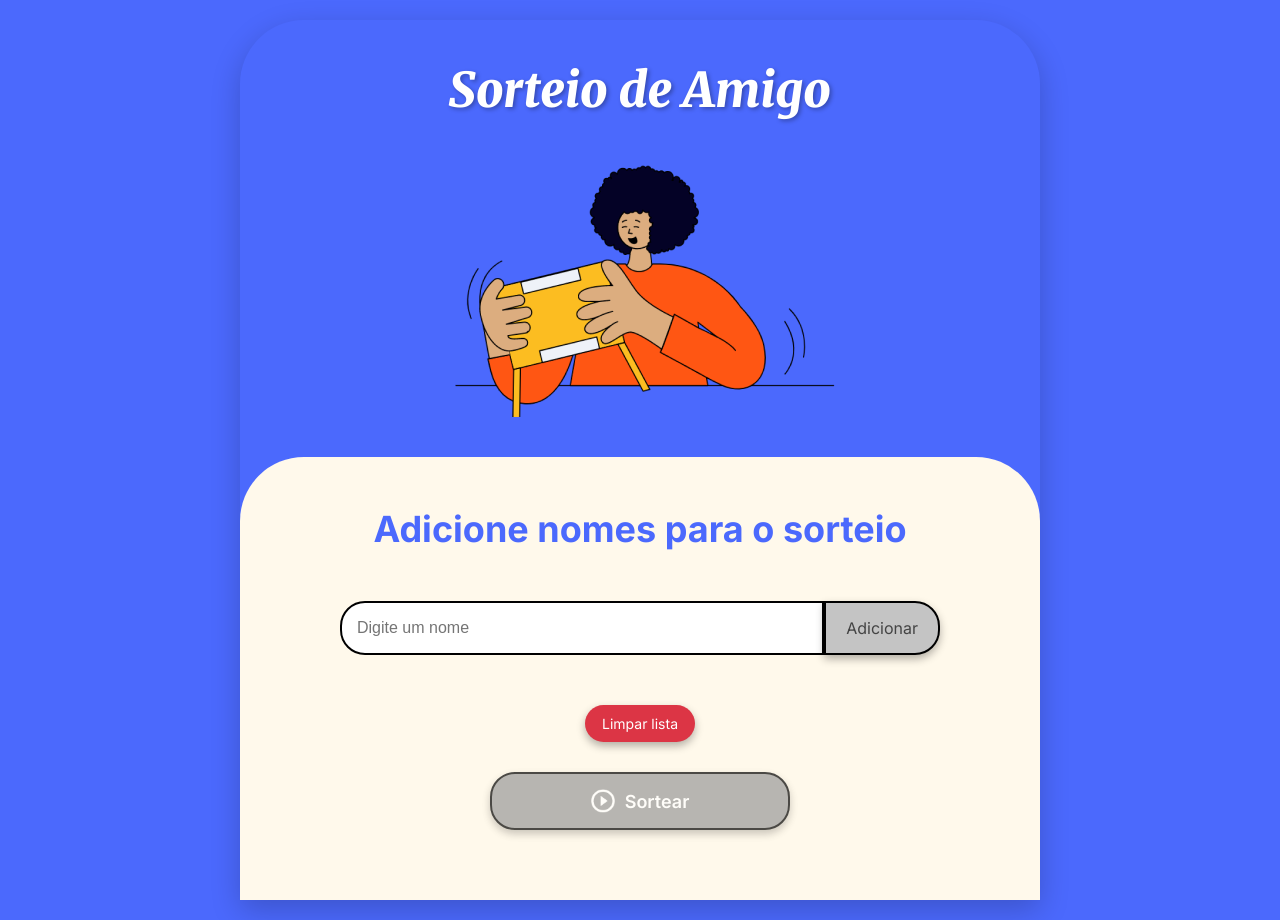
Repository: arturcosta86/challenge-amigo-secreto
Page: index.html
These files come from the project's save history. The page is drawn as it stood at one moment and after the next save; the edit follows.
The browser window is 1280 px wide. The pictures show the whole page.

Above is the page before, as saved 2025-03-18 22:23:36.

### index.html
<!DOCTYPE html>
<html lang="pt-br">
<head>
    <meta charset="UTF-8">
    <meta name="viewport" content="width=device-width, initial-scale=1.0">
    <link rel="stylesheet" href="style.css">
    <link rel="preconnect" href="https://fonts.googleapis.com">
    <link rel="preconnect" href="https://fonts.gstatic.com" crossorigin>
    <link href="https://fonts.googleapis.com/css2?family=Inter:wght@100;400;500;600;700;900&family=Merriweather:ital,wght@0,300;0,400;0,700;0,900;1,300;1,400;1,700;1,900&display=swap" rel="stylesheet">
    <title>Sorteio de Amigo</title>
</head>

<body>
    <main class="main-content">
        <header class="header-banner">
            <h1 class="main-title">Sorteio de Amigo</h1>
            <img src="assets/amigo-secreto.png" alt="Imagem representativa de sorteio">
        </header>

        <section class="input-section">
            <h2 class="section-title">Adicione nomes para o sorteio</h2>
            <div class="input-wrapper">
                <input type="text" id="amigo" class="input-name" placeholder="Digite um nome" aria-label="Nome para sorteio">
                <button class="button-add" onclick="adicionarAmigo()" aria-label="Adicionar nome à lista">Adicionar</button>
            </div>

            <!-- Área de feedback será inserida via JavaScript -->

            <ul id="listaAmigos" class="name-list" aria-label="Lista de nomes adicionados" role="list"></ul>

            <div class="control-buttons">
                <button class="btn-clear-all" onclick="limparTodosAmigos()" aria-label="Limpar toda a lista">
                    Limpar lista
                </button>
            </div>

            <div class="button-container">
                <button class="button-draw" onclick="sortearAmigo()" aria-label="Realizar sorteio">
                    <img src="assets/play_circle_outline.png" alt="">
                    Sortear
                </button>
            </div>

            <ul id="resultado" class="result-list" aria-live="polite" aria-label="Resultado do sorteio"></ul>
        </section>
    </main>

    <script src="app.js" defer></script>
</body>
</html>

### style.css
:root {
    --color-primary: #4B69FD;
    --color-secondary: #FFF9EB;
    --color-tertiary: #C4C4C4;
    --color-button: #fe652b;
    --color-button-hover: #e55720;
    --color-text: #444444;
    --color-white: #FFFFFF;
    --color-success: #28a745;
    --color-error: #dc3545;
    --color-winner: #FFD700;
}

/* Estilos gerais */
* {
    margin: 0;
    padding: 0;
    box-sizing: border-box;
}

body {
    min-height: 100vh;
    background-color: var(--color-primary);
    display: flex;
    justify-content: center;
    align-items: center;
    font-family: "Inter", sans-serif;
}

.main-content {
    display: flex;
    flex-direction: column;
    max-width: 800px;
    width: 100%;
    margin: 20px;
    box-shadow: 0 10px 30px rgba(0, 0, 0, 0.2);
    border-radius: 64px 64px 0 0;
    overflow: hidden;
}

/* Banner */
.header-banner {
    display: flex;
    flex-direction: column;
    justify-content: center;
    align-items: center;
    padding: 40px 0;
    gap: 20px;
}

.header-banner img {
    max-width: 80%;
    height: auto;
}

/* Seção de entrada */
.input-section {
    background-color: var(--color-secondary);
    border-radius: 64px 64px 0 0;
    display: flex;
    flex-direction: column;
    align-items: center;
    padding: 40px 20px;
    width: 100%;
}

/* Títulos */
.main-title {
    font-size: clamp(36px, 6vw, 48px);
    font-family: "Merriweather", serif;
    font-weight: 900;
    font-style: italic;
    color: var(--color-white);
    text-align: center;
    text-shadow: 2px 2px 4px rgba(0, 0, 0, 0.3);
}

.section-title {
    font-family: "Inter", serif;
    font-size: clamp(24px, 5vw, 36px);
    font-weight: 700;
    color: var(--color-primary);
    margin: 10px 0 30px;
    text-align: center;
}

/* Contêineres de entrada e botão */
.input-wrapper {
    display: flex;
    justify-content: center;
    width: 100%;
    max-width: 600px;
    margin-top: 20px;
}

.input-name {
    width: 100%;
    padding: 15px;
    border: 2px solid #000;
    border-radius: 25px 0 0 25px;
    font-size: 16px;
    outline: none;
    transition: box-shadow 0.3s;
}

.input-name:focus {
    box-shadow: 0 0 0 2px rgba(75, 105, 253, 0.5);
}

.button-container {
    width: 300px;
    margin: 30px 0;
    display: flex;
    flex-direction: column;
    gap: 15px;
    align-items: center;
}

/* Feedback de mensagens */
#feedback-message {
    margin: 10px 0;
    padding: 10px;
    border-radius: 5px;
    width: 100%;
    max-width: 600px;
    text-align: center;
    font-weight: 500;
    transition: all 0.3s ease;
}

.error-message {
    background-color: rgba(220, 53, 69, 0.1);
    color: var(--color-error);
    border-left: 4px solid var(--color-error);
}

.success-message {
    background-color: rgba(40, 167, 69, 0.1);
    color: var(--color-success);
    border-left: 4px solid var(--color-success);
}

/* Estilos de entrada de texto */
.input-title {
    flex: 1;
    padding: 10px 15px;
    font-size: 16px;
    border: 2px solid #333;
    border-right: none;
    border-radius: 25px 0 0 25px;
    font-family: "Merriweather", serif;
    box-shadow: 0 4px 8px rgba(0, 0, 0, 0.3);
}

/* Estilos de botão */
button {
    padding: 15px 30px;
    font-family: "Inter", sans-serif;
    font-size: 16px;
    border: 2px solid #000;
    border-radius: 25px;
    box-shadow: 0 4px 8px rgba(0, 0, 0, 0.3);
    cursor: pointer;
    transition: all 0.2s ease;
}

button:focus {
    outline: none;
    box-shadow: 0 0 0 3px rgba(75, 105, 253, 0.5);
}

.button-add {
    background-color: var(--color-tertiary);
    color: var(--color-text);
    border-radius: 0 25px 25px 0;
    padding: 15px 20px;
}

.button-add:hover {
    background-color: #a1a1a1;
}

/* Listas */
ul {
    list-style-type: none;
    color: var(--color-text);
    font-family: "Inter", sans-serif;
    font-size: 18px;
    margin: 20px 0;
    width: 100%;
    max-width: 600px;
}

.name-list li {
    display: flex;
    justify-content: space-between;
    align-items: center;
    padding: 10px 15px;
    margin-bottom: 8px;
    background-color: var(--color-white);
    border-radius: 10px;
    box-shadow: 0 2px 4px rgba(0, 0, 0, 0.1);
    transition: transform 0.2s;
}

.name-list li:hover {
    transform: translateX(5px);
}

.empty-message {
    text-align: center;
    color: #777;
    font-style: italic;
    padding: 20px;
}

.btn-remove {
    background: none;
    border: none;
    color: var(--color-error);
    font-size: 20px;
    cursor: pointer;
    padding: 0 5px;
    border-radius: 50%;
    box-shadow: none;
    opacity: 0.6;
    transition: opacity 0.2s;
}

.btn-remove:hover {
    opacity: 1;
}

.result-list {
    margin-top: 30px;
    width: 100%;
    max-width: 600px;
    background-color: rgba(5, 223, 5, 0.1);
    border-radius: 15px;
    padding: 20px;
    box-shadow: 0 4px 10px rgba(0, 0, 0, 0.1);
}

.result-list:empty {
    display: none;
}

.result-list li {
    color: var(--color-text);
    font-size: 18px;
    text-align: center;
    padding: 15px;
    border-bottom: 1px solid rgba(0, 0, 0, 0.1);
}

.result-list li:last-child {
    border-bottom: none;
}

.result-list li.winner {
    background-color: var(--color-winner);
    color: #000;
    font-size: 24px;
    font-weight: bold;
    padding: 20px;
    margin: 10px 0;
    border-radius: 10px;
    text-align: center;
    box-shadow: 0 0 20px rgba(255, 215, 0, 0.5);
    animation: winner-pulse 2s infinite;
}

@keyframes winner-pulse {
    0% {
        box-shadow: 0 0 20px rgba(255, 215, 0, 0.5);
    }
    50% {
        box-shadow: 0 0 30px rgba(255, 215, 0, 0.8);
    }
    100% {
        box-shadow: 0 0 20px rgba(255, 215, 0, 0.5);
    }
}

.confetti-animation {
    position: relative;
    overflow: hidden;
}

.result-header {
    color: var(--color-success);
    font-size: 22px;
    font-weight: bold;
    text-align: center;
    margin-bottom: 15px;
    font-family: "Merriweather", serif;
}

/* Botão de sortear título */
.button-draw {
    display: flex;
    align-items: center;
    justify-content: center;
    width: 100%;
    padding: 15px 30px;
    color: var(--color-white);
    background-color: var(--color-button);
    font-size: 18px;
    font-weight: 600;
    transition: background-color 0.3s, transform 0.2s;
}

.button-draw img {
    margin-right: 10px;
    width: 24px;
    height: 24px;
}

.button-draw:hover:not(.disabled) {
    background-color: var(--color-button-hover);
    transform: translateY(-2px);
}

.button-draw:active:not(.disabled) {
    transform: translateY(1px);
}

.button-draw.disabled {
    background-color: #999;
    cursor: not-allowed;
    opacity: 0.7;
}

.button-new-draw {
    background-color: var(--color-success);
    color: white;
    margin-top: 20px;
    border-color: transparent;
    width: 100%;
}

.button-new-draw:hover {
    background-color: #218838;
}

.control-buttons {
    display: flex;
    gap: 10px;
    margin-top: 10px;
    width: 100%;
    justify-content: center;
}

.btn-clear-all {
    background-color: var(--color-error);
    color: white;
    padding: 8px 15px;
    font-size: 14px;
    border-color: transparent;
}

.btn-clear-all:hover {
    background-color: #c82333;
}

/* Rodapé */
.site-footer {
    background-color: var(--color-primary); /* Mesma cor de fundo do cabeçalho */
    color: var(--color-white);
    padding: 20px 0;
    text-align: center;
    font-size: 14px;
    border-radius: 0 0 30px 30px; /* Arredondamento para combinar com o design */
}

.footer-content {
    display: flex;
    flex-direction: column; /* Organiza nome e links verticalmente */
    align-items: center; /* Centraliza horizontalmente */
    gap: 10px; /* Espaço entre nome e links */
}

.social-links {
    display: flex;
    gap: 20px; /* Espaço entre os ícones */
}

.social-links a {
    display: inline-block; /* Permite definir largura/altura para os links */
    transition: transform 0.2s ease; /* Transição suave */
}

.social-links a:hover {
    transform: scale(1.1); /* Aumenta ligeiramente o tamanho no hover */
}

.social-links img {
    width: 32px; /* Tamanho dos ícones */
    height: 32px;
    vertical-align: middle; /* Alinha verticalmente com o texto */
}

/* Responsividade para o rodapé */
@media (max-width: 600px) {
    .site-footer {
        border-radius: 0; /* Remove o arredondamento em telas menores */
    }
}

/* Responsividade */
@media (max-width: 600px) {
    .main-content {
        margin: 0;
        border-radius: 0;
    }

    .input-section {
        border-radius: 30px 30px 0 0;
        padding: 30px 15px;
    }

    .button-draw {
        padding: 12px 20px;
    }

    .button-draw img {
        margin-right: 10px;
    }
}

### app.js
// Array para armazenar os nomes dos amigos
let amigos = [];
let sorteioRealizado = false;

// Inicialização
document.addEventListener('DOMContentLoaded', () => {
    const inputAmigo = document.getElementById('amigo');
    const btnAdicionar = document.querySelector('.button-add');
    const btnSortear = document.querySelector('.button-draw');

    // Adicionar amigo ao pressionar Enter
    inputAmigo.addEventListener('keypress', (e) => {
        if (e.key === 'Enter') {
            adicionarAmigo();
        }
    });

    // Atualizar estado do botão de sortear
    atualizarEstadoBotaoSortear();

    // Adicionar feedback visual para campos
    inputAmigo.addEventListener('input', () => {
        const feedbackElement = document.getElementById('feedback-message');
        if (feedbackElement) {
            feedbackElement.textContent = '';
            feedbackElement.classList.remove('error-message', 'success-message');
        }
    });
});

function adicionarAmigo() {
    const nomeAmigo = document.getElementById('amigo').value;
    const feedbackElement = document.getElementById('feedback-message') || criarElementoFeedback();

    // Validação: Campo vazio
    if (nomeAmigo.trim() === '') {
        mostrarFeedback(feedbackElement, 'Por favor, insira um nome válido.', 'error');
        return;
    }

    // Validação: Nome já existe na lista
    if (amigos.includes(nomeAmigo)) {
        mostrarFeedback(feedbackElement, 'Este nome já foi adicionado.', 'error');
        document.getElementById('amigo').value = '';
        return;
    }

    // Adiciona o nome ao array
    amigos.push(nomeAmigo);
    mostrarFeedback(feedbackElement, `${nomeAmigo} adicionado com sucesso!`, 'success');

    // Atualiza a interface
    atualizarLista();
    document.getElementById('amigo').value = '';
    document.getElementById('amigo').focus();

    // Se um sorteio já foi realizado e um novo amigo foi adicionado,
    // limpa os resultados anteriores para evitar confusão
    if (sorteioRealizado) {
        const resultado = document.getElementById('resultado');
        limparElemento(resultado);
        sorteioRealizado = false;
    }

    atualizarEstadoBotaoSortear();
}

function criarElementoFeedback() {
    const feedbackElement = document.createElement('div');
    feedbackElement.id = 'feedback-message';
    feedbackElement.setAttribute('aria-live', 'polite');

    const inputWrapper = document.querySelector('.input-wrapper');
    inputWrapper.parentNode.insertBefore(feedbackElement, inputWrapper.nextSibling);

    return feedbackElement;
}

function mostrarFeedback(elemento, mensagem, tipo) {
    elemento.textContent = mensagem;
    elemento.className = tipo === 'error' ? 'error-message' : 'success-message';

    // Limpar a mensagem após 5 segundos se for sucesso
    if (tipo === 'success') {
        setTimeout(() => {
            elemento.textContent = '';
            elemento.className = '';
        }, 3000);
    }
}

function atualizarLista() {
    const listaAmigos = document.getElementById('listaAmigos');
    limparElemento(listaAmigos);

    if (amigos.length === 0) {
        const emptyMessage = document.createElement('li');
        emptyMessage.textContent = 'Nenhum amigo adicionado ainda.';
        emptyMessage.classList.add('empty-message');
        listaAmigos.appendChild(emptyMessage);
        return;
    }

    amigos.forEach((amigo, index) => {
        const listItem = document.createElement('li');
        listItem.textContent = amigo;

        // Adicionar botão de remover
        const btnRemover = document.createElement('button');
        btnRemover.textContent = '×';
        btnRemover.classList.add('btn-remove');
        btnRemover.setAttribute('aria-label', `Remover ${amigo}`);
        btnRemover.onclick = () => removerAmigo(index);

        listItem.appendChild(btnRemover);
        listaAmigos.appendChild(listItem);
    });
}

function removerAmigo(index) {
    const nomeRemovido = amigos[index];
    amigos.splice(index, 1);

    const feedbackElement = document.getElementById('feedback-message') || criarElementoFeedback();
    mostrarFeedback(feedbackElement, `${nomeRemovido} removido da lista.`, 'success');

    atualizarLista();
    atualizarEstadoBotaoSortear();

    // Se um sorteio já foi realizado e um amigo foi removido,
    // limpa os resultados anteriores
    if (sorteioRealizado) {
        const resultado = document.getElementById('resultado');
        limparElemento(resultado);
        sorteioRealizado = false;
    }
}

function limparElemento(elemento) {
    while (elemento.firstChild) {
        elemento.removeChild(elemento.firstChild);
    }
}

function atualizarEstadoBotaoSortear() {
    const btnSortear = document.querySelector('.button-draw');
    // Agora só precisamos de pelo menos um amigo para sortear
    const podeRealizar = amigos.length >= 1;

    btnSortear.disabled = !podeRealizar;
    btnSortear.classList.toggle('disabled', !podeRealizar);

    if (!podeRealizar) {
        btnSortear.setAttribute('aria-label', 'Adicione pelo menos um amigo para sortear');
    } else {
        btnSortear.setAttribute('aria-label', 'Sortear amigo');
    }
}

function limparTodosAmigos() {
    if (amigos.length === 0) return;

    if (confirm('Tem certeza que deseja limpar a lista de amigos?')) {
        amigos = [];
        atualizarLista();
        atualizarEstadoBotaoSortear();

        const resultado = document.getElementById('resultado');
        limparElemento(resultado);
        sorteioRealizado = false;

        const feedbackElement = document.getElementById('feedback-message') || criarElementoFeedback();
        mostrarFeedback(feedbackElement, 'Lista de amigos limpa.', 'success');
    }
}

function sortearAmigo() {
    if (amigos.length < 1) {
        const feedbackElement = document.getElementById('feedback-message') || criarElementoFeedback();
        mostrarFeedback(feedbackElement, 'Adicione pelo menos um amigo para sortear.', 'error');
        return;
    }

    // Escolher um amigo aleatório para ser o vencedor
    const indiceVencedor = Math.floor(Math.random() * amigos.length);
    const amigoVencedor = amigos[indiceVencedor];

    const resultado = document.getElementById('resultado');
    limparElemento(resultado); // Limpa resultados anteriores

    // Criar cabeçalho de resultados
    const headerResult = document.createElement('h3');
    headerResult.textContent = 'Resultado do Sorteio';
    headerResult.classList.add('result-header');
    resultado.appendChild(headerResult);

    // Exibir apenas o vencedor
    const resultadoItem = document.createElement('li');
    resultadoItem.innerHTML = `<strong>Vencedor:</strong> ${amigoVencedor}`;
    resultadoItem.classList.add('winner');
    resultado.appendChild(resultadoItem);

    // Adicionar efeito de confete ao vencedor
    resultadoItem.classList.add('confetti-animation');

    // Adicionar botão para novo sorteio
    const btnNovoSorteio = document.createElement('button');
    btnNovoSorteio.textContent = 'Realizar Novo Sorteio';
    btnNovoSorteio.classList.add('button-new-draw');
    btnNovoSorteio.onclick = sortearAmigo;
    resultado.appendChild(btnNovoSorteio);

    sorteioRealizado = true;

    // Scroll para o resultado
    resultado.scrollIntoView({ behavior: 'smooth' });
}

After the next save:
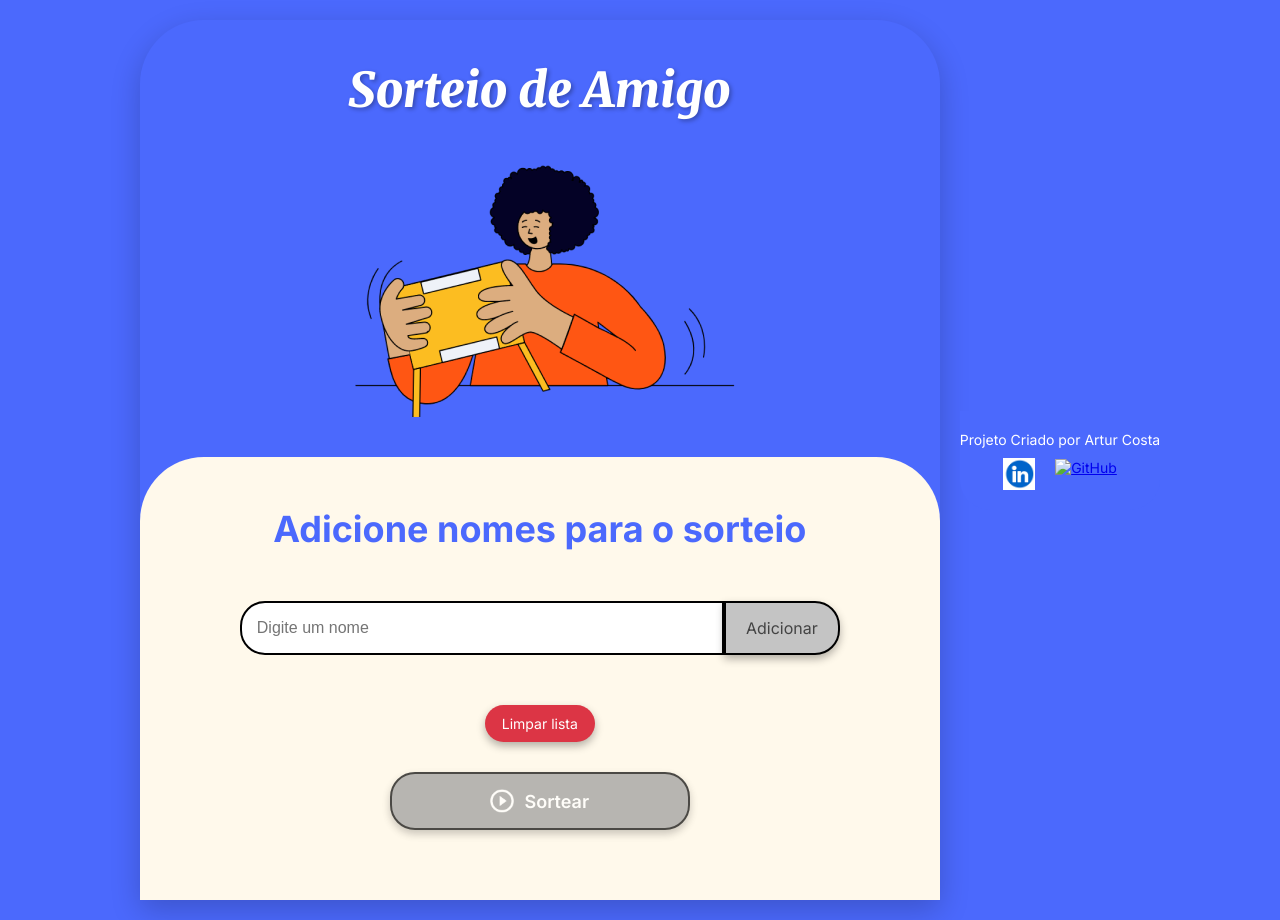
Not found: assets/github.png
Saved 1 s later.
--- a/index.html
+++ b/index.html
@@ -45,6 +45,20 @@
         </section>
     </main>
 
+    <footer class="site-footer">
+        <div class="footer-content">
+            <p>Projeto Criado por Artur Costa</p>
+            <div class="social-links">
+                <a href="https://www.linkedin.com/in/artur-costa-licitacao/" target="_blank" rel="noopener noreferrer" aria-label="LinkedIn">
+                    <img src="assets/linkedin.png" alt="LinkedIn">
+                </a>
+                <a href="https://github.com/arturcosta86" target="_blank" rel="noopener noreferrer" aria-label="GitHub">
+                    <img src="assets/github.png" alt="GitHub">
+                </a>
+            </div>
+        </div>
+    </footer>
+
     <script src="app.js" defer></script>
 </body>
 </html>

After the save that followed:
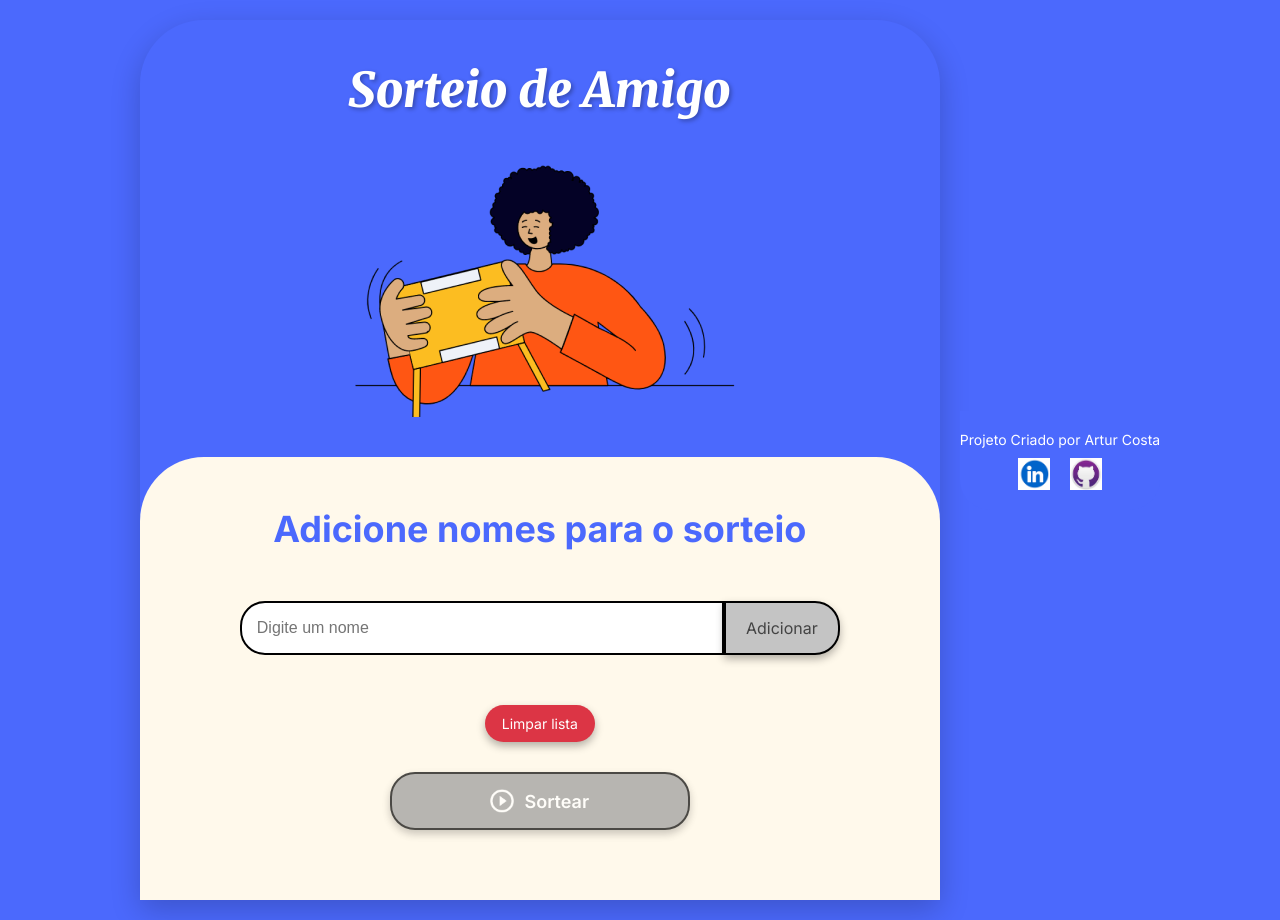
Saved 5 min 42 s later.
--- a/index.html
+++ b/index.html
@@ -50,10 +50,10 @@
             <p>Projeto Criado por Artur Costa</p>
             <div class="social-links">
                 <a href="https://www.linkedin.com/in/artur-costa-licitacao/" target="_blank" rel="noopener noreferrer" aria-label="LinkedIn">
-                    <img src="assets/linkedin.png" alt="LinkedIn">
+                    <img src="assets/LINKEDIN.png" alt="LinkedIn">
                 </a>
                 <a href="https://github.com/arturcosta86" target="_blank" rel="noopener noreferrer" aria-label="GitHub">
-                    <img src="assets/github.png" alt="GitHub">
+                    <img src="assets/GIThub.jpg" alt="GitHub">
                 </a>
             </div>
         </div>
